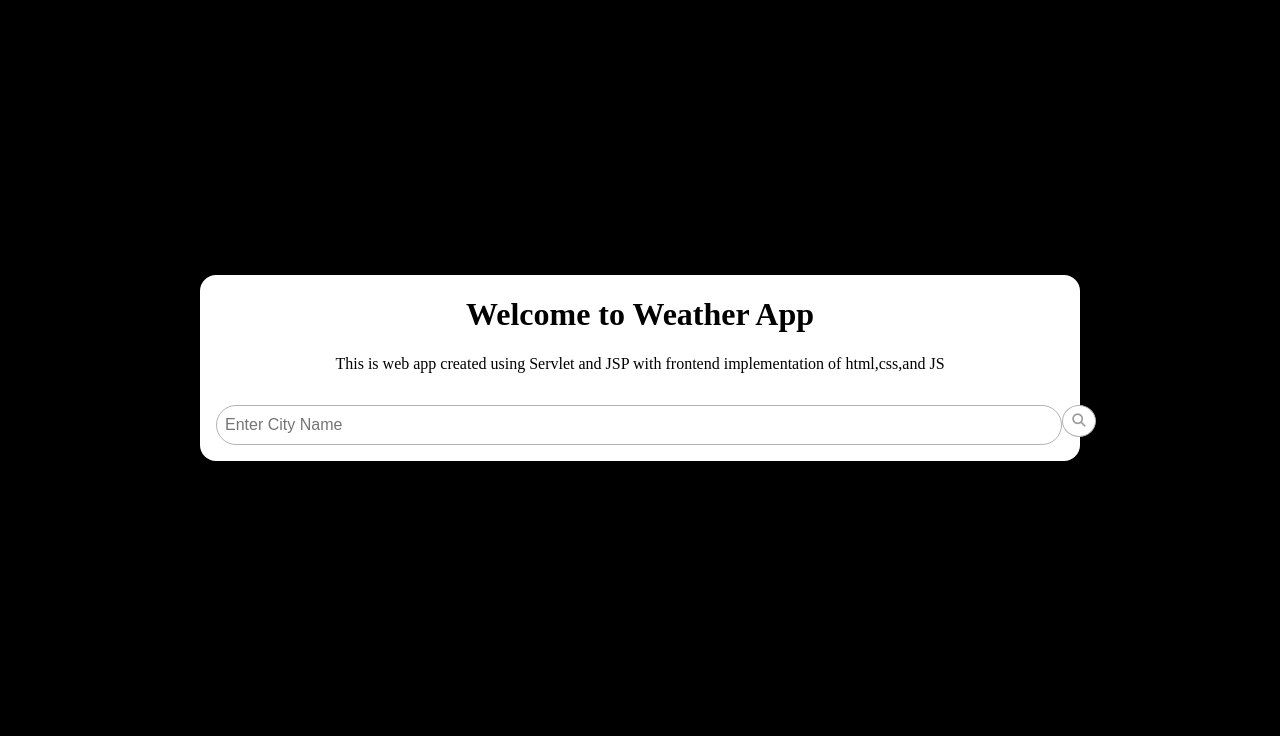
Repository: krv9/projects
Page: http://localhost/WeatherApp/
The author's editor kept a copy of each file at every save. The page is drawn from the files as they stood at one save, then again after the next save.
The browser window is 1280 px wide. The pictures show the whole page.
The page is served by Tomcat 10.

Above is the page before, as saved 2024-09-24 13:24:37.

After the next save:
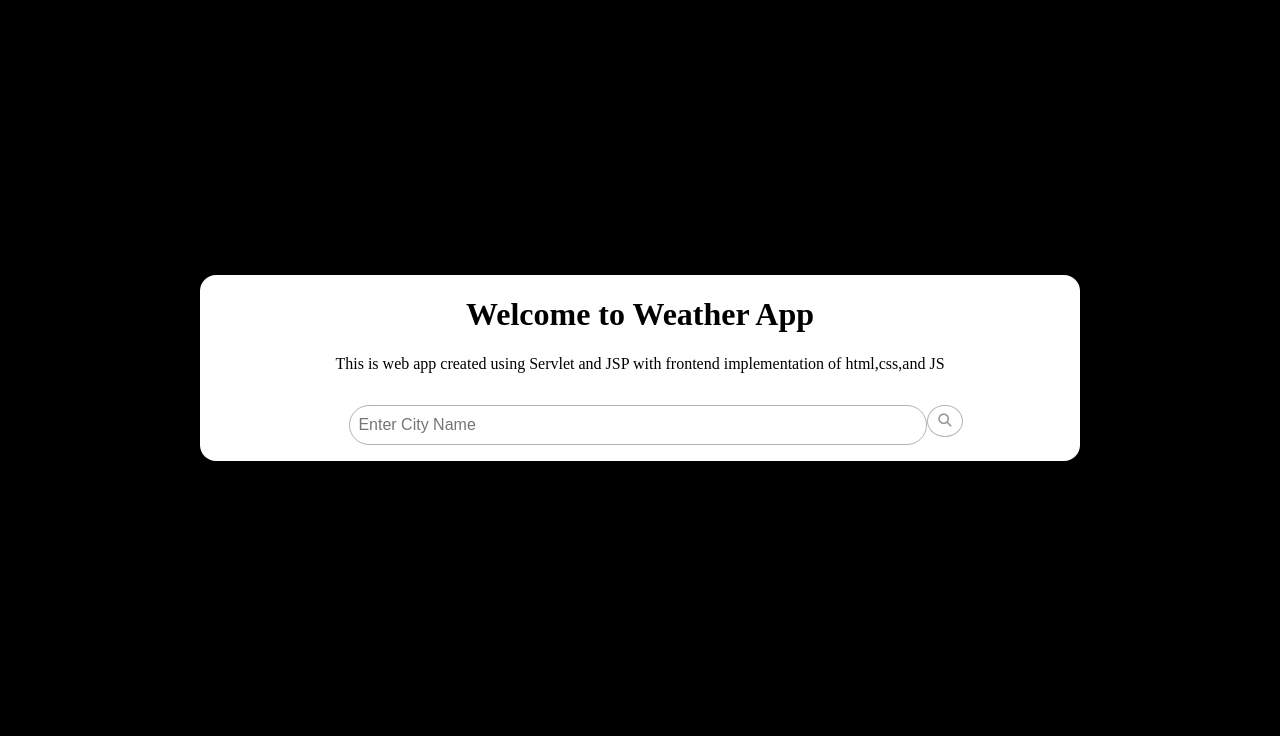
Saved 73 s later.
--- a/WeatherApp/src/main/webapp/Style.css
+++ b/WeatherApp/src/main/webapp/Style.css
@@ -29,7 +29,7 @@ body{
 }
 
 .searchInput input {
-  width: 100%;
+  width: 35rem;
   height: 2rem;
   outline: none;
   font-size: 1rem;
